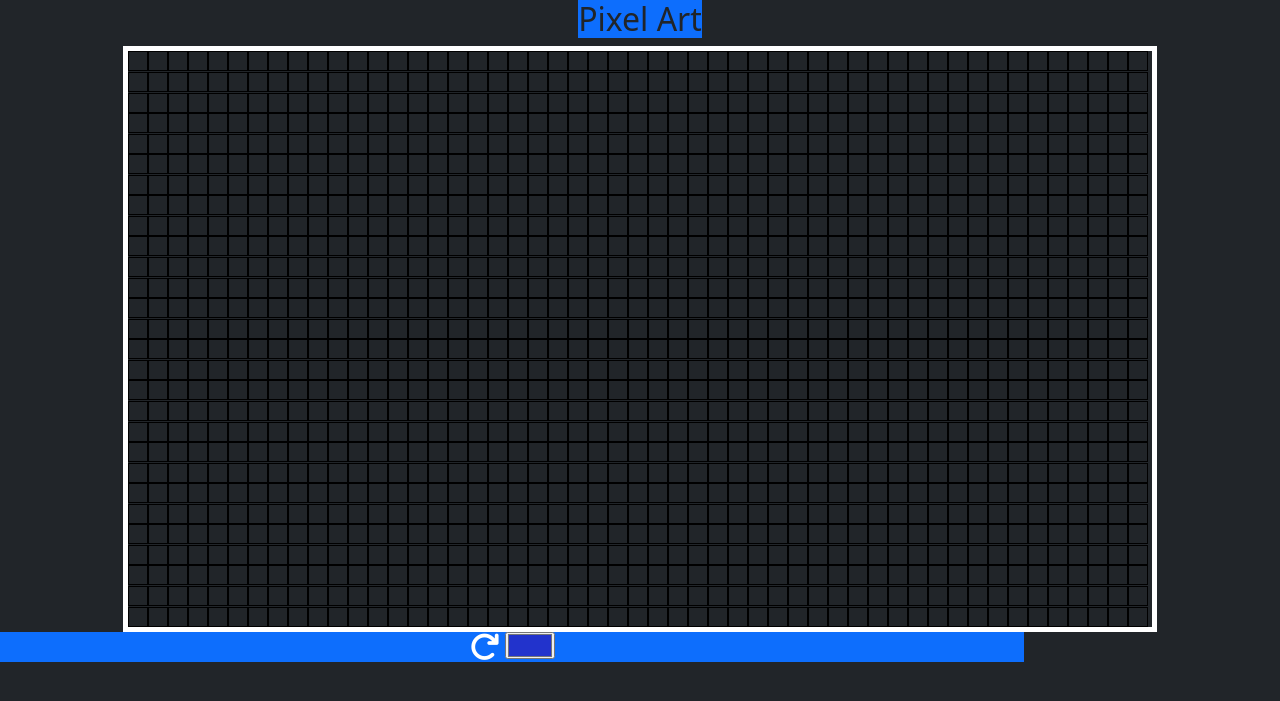
Repository: bechara611/pixelartdb
Page: /
These files come from the project's save history. The page is drawn as it stood at one moment and after the next save; the edit follows.
The browser window is 1280 px wide. The pictures show the whole page.
Some web libraries are served in a nearby version. The project was rebuilt for these pictures with package versions that can differ from the ones it lists, and the page was loaded fresh each time. Also part of the build but not shown: vite.config.js.

Above is the page before, as saved 2023-03-07 13:53:36.

After the next save:
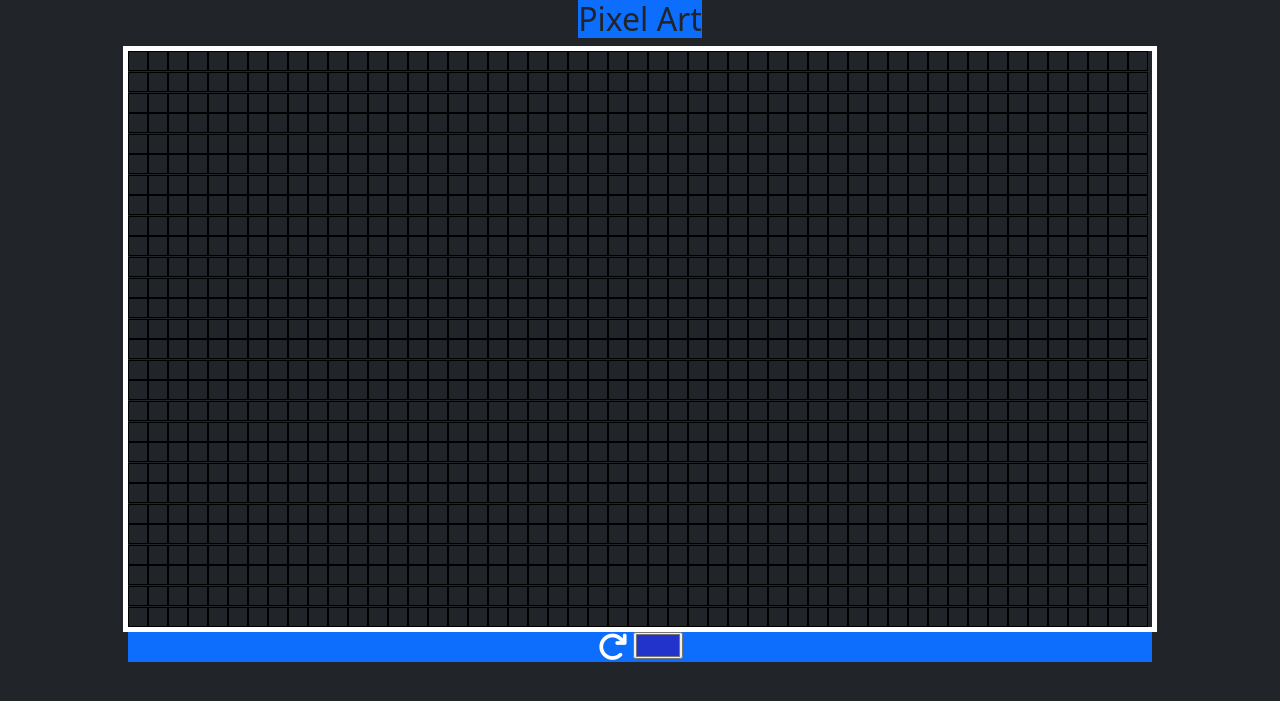
Saved 22 s later.
--- a/src/App.jsx
+++ b/src/App.jsx
@@ -81,7 +81,7 @@ const App = () => {
             </div>
           </div>
         </div>
-        <div className="col-12 contenedor-06  ">
+        <div className="col-12 contenedor-05  ">
           <div className="derecha bg-primary">
           <i className="fa-solid fa-arrow-rotate-right  icono"></i>
             <input type="color" value={colorActual}  onChange={(e) => { setcolorActual(e.target.value) }} />
